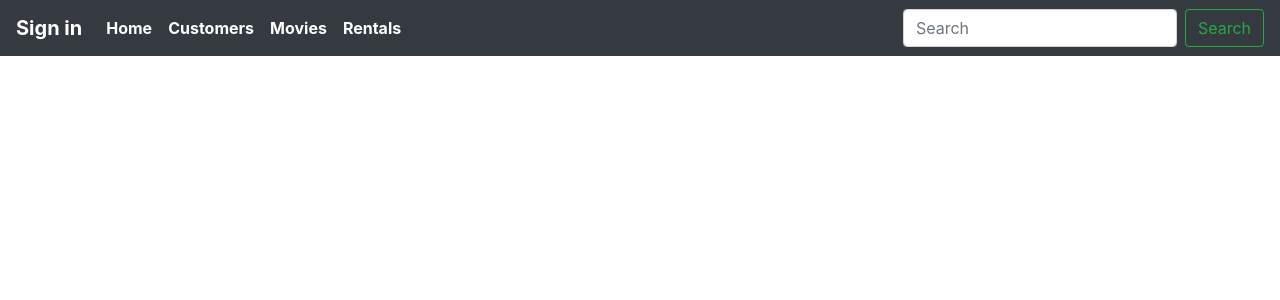
Repository: messimacky/Movie-Rental-System-Front-End
Page: /navbar
The author's editor kept a copy of each file at every save. The page is drawn from the files as they stood at one save, then again after the next save.
The browser window is 1280 px wide. The pictures show the whole page.
The project was rebuilt for these pictures with package versions that can differ from the ones it lists, and the page was loaded fresh each time. Also part of the build but not shown: src/http-common.js, src/services/movie.service.js, src/components/AddMovie.js, src/components/MoviesList.js, src/components/NotFound.js, src/components/login/Login.js, src/services/customer.service.js, src/components/AddCustomer.js and 7 more.

Above is the page before, as saved 2022-04-25 15:52:45.

### src/App.js
import { BrowserRouter as Router, Switch, Route } from 'react-router-dom';
import AddMovie from './components/AddMovie';
import MoviesList from "./components/MoviesList";
import NotFound from "./components/NotFound";
import Login from './components/login/Login';
import AddCustomer from './components/AddCustomer'
import CustomersList from './components/CustomerList';
import RentalsList from './components/RentalsList';
import AddRental from './components/AddRental';
import Home from './components/Home';
import Signup from './components/signup/Signup';
import Navbar from './components/Navbar';
function App() {
  return (
    <Router>
      <div>
        <Switch>

          <Route path="/navbar" component={Navbar} />

          <Route exact path="/" component={Home} />
          <Route exact path="/movies" component={MoviesList} />
          <Route path="/add-movie" component={AddMovie} />
          <Route path="/movies/edit/:id" component={AddMovie} />




          <Route exact path="/customers" component={CustomersList} />
          <Route path="/add-customer" component={AddCustomer} />
          <Route path="/customers/edit/:id" component={AddCustomer} />



          <Route path="/login" component={Login} />
          <Route path="/signup" component={Signup} />


          <Route exact path="/rentals" component={RentalsList} />
          <Route exact path="/add-rental" component={AddRental} />
          <Route path="/rentals/edit/:id" component={AddRental} />


          <Route path="*" component={NotFound} />
        </Switch>
      </div>
    </Router>
  )
}

export default App;

### src/components/Navbar.js
const Navbar = () => {
    return (
        <nav className="navbar navbar-expand-lg navbar-dark bg-dark">
            <a className="navbar-brand" href="login"> <b>Sign in</b> </a>
            <button className="navbar-toggler" type="button" data-toggle="collapse" data-target="#navbarSupportedContent" aria-controls="navbarSupportedContent" aria-expanded="false" aria-label="Toggle navigation">
                <span className="navbar-toggler-icon"></span>
            </button>

            <div className="collapse navbar-collapse" id="navbarSupportedContent">
                <ul className="navbar-nav mr-auto">
                    <li className="nav-item active">
                        <a className="nav-link" href="/"> <b>Home</b> <span class="sr-only">(current)</span></a>
                    </li>

                    <ul className="navbar-nav mr-auto">
                        <li className="nav-item active">
                            <a className="nav-link" href="/customers"> <b>Customers</b> <span class="sr-only">(current)</span></a>
                        </li>

                    </ul>


                    <ul className="navbar-nav mr-auto">
                        <li className="nav-item active">
                            <a className="nav-link" href="/movies"> <b>Movies</b> <span class="sr-only">(current)</span></a>
                        </li>

                    </ul>

                    <ul className="navbar-nav mr-auto">
                        <li className="nav-item active">
                            <a className="nav-link" href="/rentals"> <b>Rentals</b> <span class="sr-only">(current)</span></a>
                        </li>

                    </ul>


                </ul>
                <form className="form-inline my-2 my-lg-0">
                    <input className="form-control mr-sm-2" type="search" placeholder="Search" aria-label="Search" />
                    <button className="btn btn-outline-success my-2 my-sm-0" type="submit">Search</button>
                </form>
            </div>
        </nav>


    );
}

export default Navbar;

### src/components/login/Login.css
body {
    margin: 0;
    padding: 0;
    /* font-family: sans-serif; */
    background-size: cover;
    background-repeat: no-repeat;
}



.form {
    position: absolute;
    top: 50%;
    left: 50%;
    border: none;
    transform: translate(-50%, -50%);
    width: 400px;
    min-height: 450px;
    background-color: #fff;
    box-shadow: 0 15px 50px rgba(0, 0, 0, 0.5);
    padding: 50px;
    box-sizing: border-box;

    /* background: url(data:[embedded picture, 5679 characters]); */
    /* background: url(https://picsum.photos/3000/2000/?image=1015); */



}

.form h2 {
    margin-left: 60px;
    margin-top: 40px;
    color: white;
    /* margin: 30 0 40px; */
    padding: 0;
    color: black;
}

.form .input-box {
    position: relative;
    margin: 5px 0;
}

.form .input-box input {
    width: 100%;
    font-size: px;
    border: none;
    border-bottom: 2px solid #777;
    outline: none;
    padding: 10px;
    padding-left: 30px;
    box-sizing: border-box;
    font-weight: bold;
    color: #777;
}

.form .input-box input:focus,
.form .input-box input:valid {
    border-bottom-color: #03a9f4;
}

.form .input-box .fa {
    position: absolute;
    top: 8px;
    left: 5px;
    font-size: 18px;
    color: #777;
}

.form .input-box input[type="submit"] {
    border: none;
    cursor: pointer;
    background-color: #03a9f4;
    color: #fff;
    font-weight: bold;
    transition: 0.5s;
}

.form .input-box input[type="submit"]:hover {
    background-color: #ff4987;

}

.form a {
    text-decoration: none;
    color: black;

    margin-top: 4px;
    margin-left: 170px;
    /* font-weight: bold; */
    display: inline-block;
    transition: 0.5s;
}


.submit {
    margin-top: 30px;
    margin-left: 30px;


}

.form a {
    margin-top: 20px;
    margin-left: 50px;
    color: black;
    color: blue;
}

.form button {
    margin-top: 10px;
    margin-left: 50px;
    color: black;
    outline: invert;

}

.form button :hover {

    color: blue;
}

### src/components/AddCustomer.css
body {
    margin: 0;
    padding: 0;
    /* font-family: sans-serif; */
    background-size: cover;
    background-repeat: no-repeat;
}



.form {
    position: absolute;
    top: 50%;
    left: 50%;
    border: none;
    transform: translate(-50%, -50%);
    width: 400px;
    min-height: 450px;
    background-color: #fff;
    box-shadow: 0 15px 50px rgba(0, 0, 0, 0.5);
    padding: 50px;
    box-sizing: border-box;

    /* background: url(data:[embedded picture, 5679 characters]); */
    /* background: url(https://picsum.photos/3000/2000/?image=1015); */



}

.form h2 {
    margin-left: 60px;
    margin-top: 40px;
    color: white;
    /* margin: 30 0 40px; */
    padding: 0;
    color: black;
}

.form .input-box {
    position: relative;
    margin: 5px 0;
}

.form .input-box input {
    width: 100%;
    font-size: px;
    border: none;
    border-bottom: 2px solid #777;
    outline: none;
    padding: 10px;
    padding-left: 30px;
    box-sizing: border-box;
    font-weight: bold;
    color: #777;
}

.form .input-box input:focus,
.form .input-box input:valid {
    border-bottom-color: #03a9f4;
}

.form .input-box .fa {
    position: absolute;
    top: 8px;
    left: 5px;
    font-size: 18px;
    color: #777;
}

.form .input-box input[type="submit"] {
    border: none;
    cursor: pointer;
    background-color: #03a9f4;
    color: #fff;
    font-weight: bold;
    transition: 0.5s;
}

.form .input-box input[type="submit"]:hover {
    background-color: #ff4987;

}

.form a {
    text-decoration: none;
    color: black;

    margin-top: 4px;
    margin-left: 170px;
    /* font-weight: bold; */
    display: inline-block;
    transition: 0.5s;
}


.submit {
    margin-top: 30px;
    margin-left: 30px;


}

.form a {
    margin-top: 20px;
    margin-left: 50px;
    color: black;
    color: blue;
}

.form button {
    margin-top: 10px;
    margin-left: 50px;
    color: black;
    outline: invert;

}

.form button :hover {

    color: blue;
}

### src/components/signup/Signup.css
body {
    margin: 0;
    padding: 0;
    /* font-family: sans-serif; */
    background-size: cover;
    background-repeat: no-repeat;
}



.form {
    position: absolute;
    top: 50%;
    left: 50%;
    border: none;
    transform: translate(-50%, -50%);
    width: 400px;
    min-height: 450px;
    background-color: #fff;
    box-shadow: 0 15px 50px rgba(0, 0, 0, 0.5);
    padding: 50px;
    box-sizing: border-box;

    /* background: url(data:[embedded picture, 5679 characters]); */
    /* background: url(https://picsum.photos/3000/2000/?image=1015); */



}

.form h2 {
    margin-left: 60px;
    margin-top: 40px;
    color: white;
    /* margin: 30 0 40px; */
    padding: 0;
    color: black;
}

.form .input-box {
    position: relative;
    margin: 5px 0;
}

.form .input-box input {
    width: 100%;
    font-size: px;
    border: none;
    border-bottom: 2px solid #777;
    outline: none;
    padding: 10px;
    padding-left: 30px;
    box-sizing: border-box;
    font-weight: bold;
    color: #777;
}

.form .input-box input:focus,
.form .input-box input:valid {
    border-bottom-color: #03a9f4;
}

.form .input-box .fa {
    position: absolute;
    top: 8px;
    left: 5px;
    font-size: 18px;
    color: #777;
}

.form .input-box input[type="submit"] {
    border: none;
    cursor: pointer;
    background-color: #03a9f4;
    color: #fff;
    font-weight: bold;
    transition: 0.5s;
}

.form .input-box input[type="submit"]:hover {
    background-color: #ff4987;

}

.form a {
    text-decoration: none;
    color: black;

    margin-top: 4px;
    margin-left: 170px;
    /* font-weight: bold; */
    display: inline-block;
    transition: 0.5s;
}


.submit {
    margin-top: 30px;
    margin-left: 30px;


}

.form a {
    margin-top: 20px;
    margin-left: 50px;
    color: black;
    color: blue;
}

.form button {
    margin-top: 10px;
    margin-left: 50px;
    color: black;
    outline: invert;

}

.form button :hover {

    color: blue;
}

Loaded but not shown: public/index.html (common file); src/index.js (common file); src/index.css (common file); src/reportWebVitals.js (common file)

After the next save:
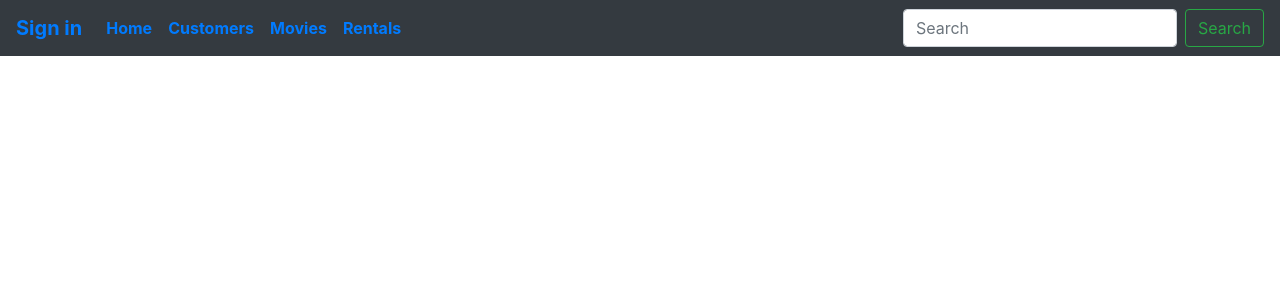
Saved 14 s later.
--- a/src/components/Navbar.js
+++ b/src/components/Navbar.js
@@ -1,6 +1,6 @@
 const Navbar = () => {
     return (
-        <nav className="navbar navbar-expand-lg navbar-dark bg-dark">
+        <nav className="navbar navbar-expand-lg navbar-primary bg-dark">
             <a className="navbar-brand" href="login"> <b>Sign in</b> </a>
             <button className="navbar-toggler" type="button" data-toggle="collapse" data-target="#navbarSupportedContent" aria-controls="navbarSupportedContent" aria-expanded="false" aria-label="Toggle navigation">
                 <span className="navbar-toggler-icon"></span>
